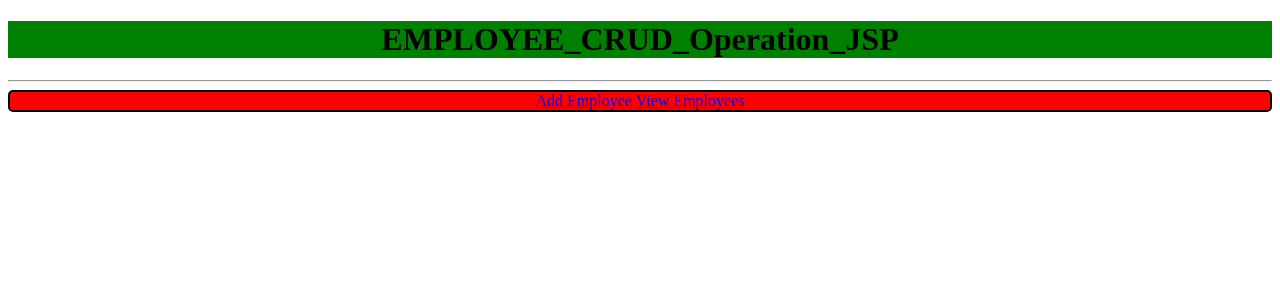
Repository: HarshZanwar2001/CRUD_Oprations_JAVA_JSP_MYSQL
Page: http://localhost/JSP_CRUD_Operation/
An editor plug-in stored every save of this project. The page is shown before and after the next save, followed by the edit.
The browser window is 1280 px wide. The pictures show the whole page.
The page is served by Tomcat 9.

Above is the page before, as saved 2024-12-01 05:26:10.

After the next save:
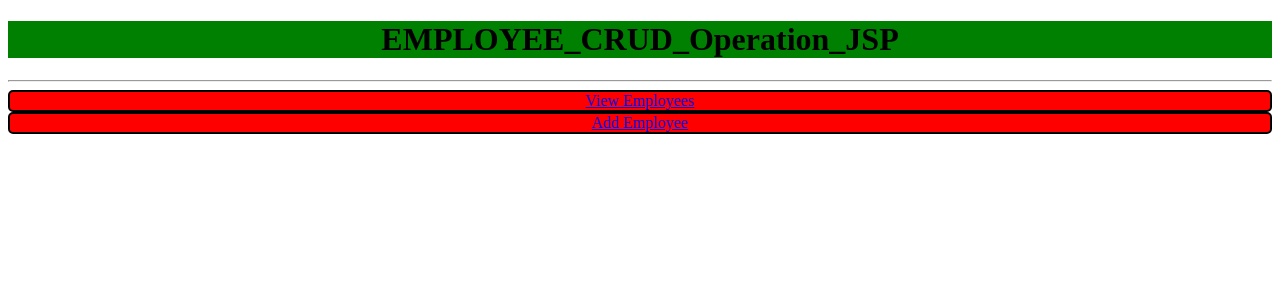
Saved 72 s later.
--- a/JSP_CRUD_Operation/src/main/webapp/index.jsp
+++ b/JSP_CRUD_Operation/src/main/webapp/index.jsp
@@ -31,8 +31,10 @@
 </div>
 <hr>
 <div id="btnhome">
+<a href="viewEmployees.jsp">View Employees</a>
+</div>
+<div id="btnhome">
 <a href="addEmployee.jsp">Add Employee</a>
-<a href="viewEmployees.jsp">View Employees</a>
 </div>
 
 </body>
